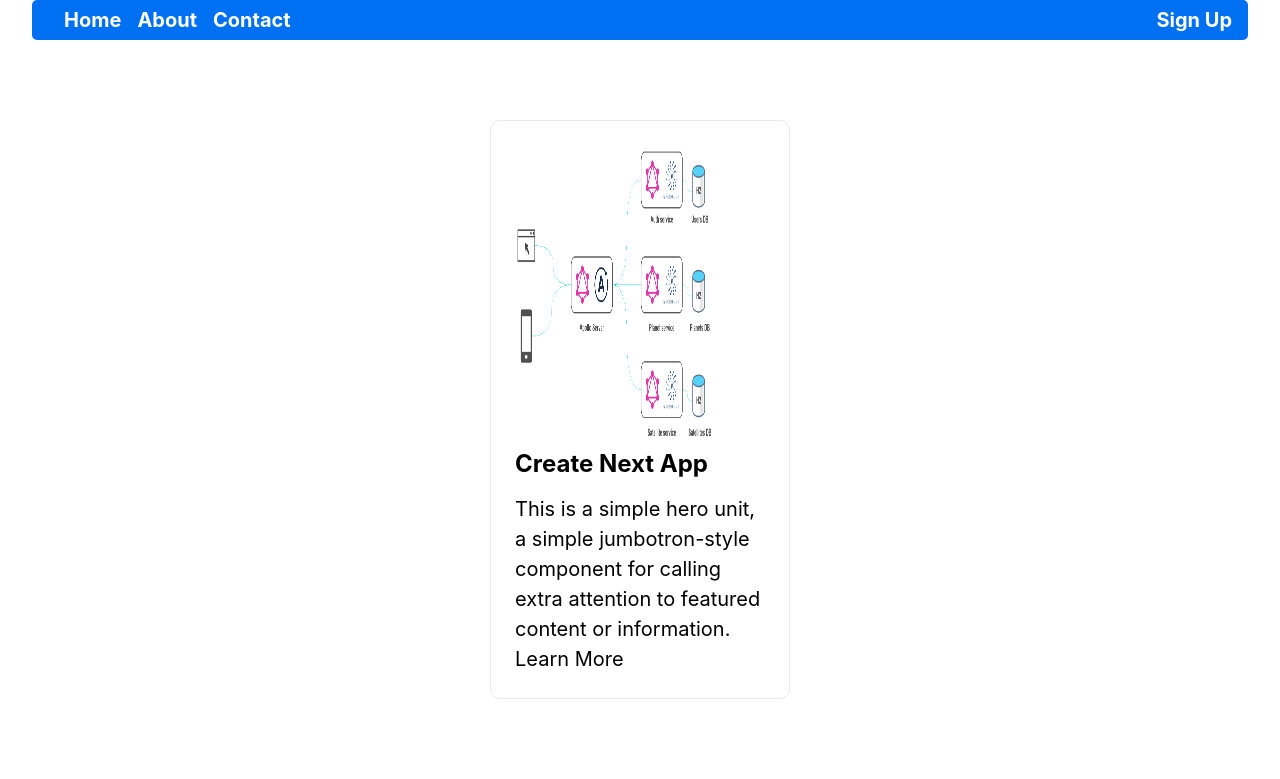
Repository: icode247/nextauth-app
Page: /
These files come from the project's save history. The page is drawn as it stood at one moment and after a run of saves; the edit follows.
The browser window is 1280 px wide. The pictures show the whole page.
The project was rebuilt for these pictures with package versions that can differ from the ones it lists, and the page was loaded fresh each time. The framework's server and built-in components were replaced by stand-ins that run in the browser. Also part of the build but not shown: next.config.js.

Above is the page before, as saved 2022-08-15 00:41:13.

### pages/index.tsx
import type { NextPage } from 'next'
import Head from 'next/head'
import Image from 'next/image'
import styles from '../styles/Home.module.css'

const Home: NextPage = () => {
  return (
    <div className={styles.container}>
      <Head>
        <title>Create Next App</title>
        <meta name="description" content="Generated by create next app" />
        <link rel="icon" href="/favicon.ico" />
      </Head>
      {/* Create navbar */}
      <nav className={styles.navbar}>
        <div className={styles.navbarLinks}>
          <a href="#">Home</a>
          <a href="#">About</a>
          <a href="#">Contact</a>
        </div>
        <div className={styles.signup}>
          <a href="#">Sign Up</a>
        </div>
      </nav>
      <main className={styles.main}>
        <div>
          {/* create book card */}
          <div className={styles.card}>
            <div className={styles.cardImage}>
              <Image src="/architecture.png" alt="book" width={200} height={300} />
            </div>
            <div className={styles.cardContent}>
              <h2>Create Next App</h2>
              <p>
                This is a simple hero unit, a simple jumbotron-style component for calling
                extra attention to featured content or information.
              </p>
              <p>
                <a className={styles.btn} href="https://nextjs.org/docs" target="_blank">
                  Learn More
                </a>
              </p>
            </div>
          </div>
        </div>
      </main>
    </div>
  )
}

export default Home

### styles/Home.module.css
.container {
  padding: 0 2rem;
}

.main {
  min-height: 100vh;
  padding: 4rem 0;
  flex: 1;
  display: flex;
  flex-direction: column;
  justify-content: center;
  align-items: center;
}

.footer {
  display: flex;
  flex: 1;
  padding: 2rem 0;
  border-top: 1px solid #eaeaea;
  justify-content: center;
  align-items: center;
}

.footer a {
  display: flex;
  justify-content: center;
  align-items: center;
  flex-grow: 1;
}

.title a {
  color: #0070f3;
  text-decoration: none;
}

.title a:hover,
.title a:focus,
.title a:active {
  text-decoration: underline;
}

.title {
  margin: 0;
  line-height: 1.15;
  font-size: 4rem;
}

.title,
.description {
  text-align: center;
}

.description {
  margin: 4rem 0;
  line-height: 1.5;
  font-size: 1.5rem;
}

.code {
  background: #fafafa;
  border-radius: 5px;
  padding: 0.75rem;
  font-size: 1.1rem;
  font-family: Menlo, Monaco, Lucida Console, Liberation Mono, DejaVu Sans Mono,
    Bitstream Vera Sans Mono, Courier New, monospace;
}

.grid {
  display: flex;
  align-items: center;
  justify-content: center;
  flex-wrap: wrap;
  max-width: 800px;
}

.card {
  margin: 1rem;
  padding: 1.5rem;
  text-align: left;
  color: inherit;
  text-decoration: none;
  border: 1px solid #eaeaea;
  border-radius: 10px;
  transition: color 0.15s ease, border-color 0.15s ease;
  max-width: 300px;
}

.card:hover,
.card:focus,
.card:active {
  color: #0070f3;
  border-color: #0070f3;
}

.card h2 {
  margin: 0 0 1rem 0;
  font-size: 1.5rem;
}

.card p {
  margin: 0;
  font-size: 1.25rem;
  line-height: 1.5;
}

.logo {
  height: 1em;
  margin-left: 0.5rem;
}

.navbar{
  display: flex;
  justify-content: space-between;
  align-items: center;
  padding: 0.5rem 1rem;
  background: #0070f3;
  color: #fff;
  font-size: 1.25rem;
  font-weight: bold;
  border-radius: 5px;
}

.navbarLinks{
  display: flex;
  align-items: center;
  justify-content: space-between;
}

.navbarLinks a{
  color: #fff;
  text-decoration: none;
  margin-left: 1rem;
  font-size: 1.25rem;
  font-weight: bold;
  border-radius: 5px;
  transition: color 0.15s ease, border-color 0.15s ease;
  max-width: 300px;
}



@media (max-width: 600px) {
  .grid {
    width: 100%;
    flex-direction: column;
  }
}

@media (prefers-color-scheme: dark) {
  .card,
  .footer {
    border-color: #222;
  }
  .code {
    background: #111;
  }
  .logo img {
    filter: invert(1);
  }
}

Loaded but not shown: pages/_app.tsx (common file); styles/globals.css (common file)

After the next 3 saves:
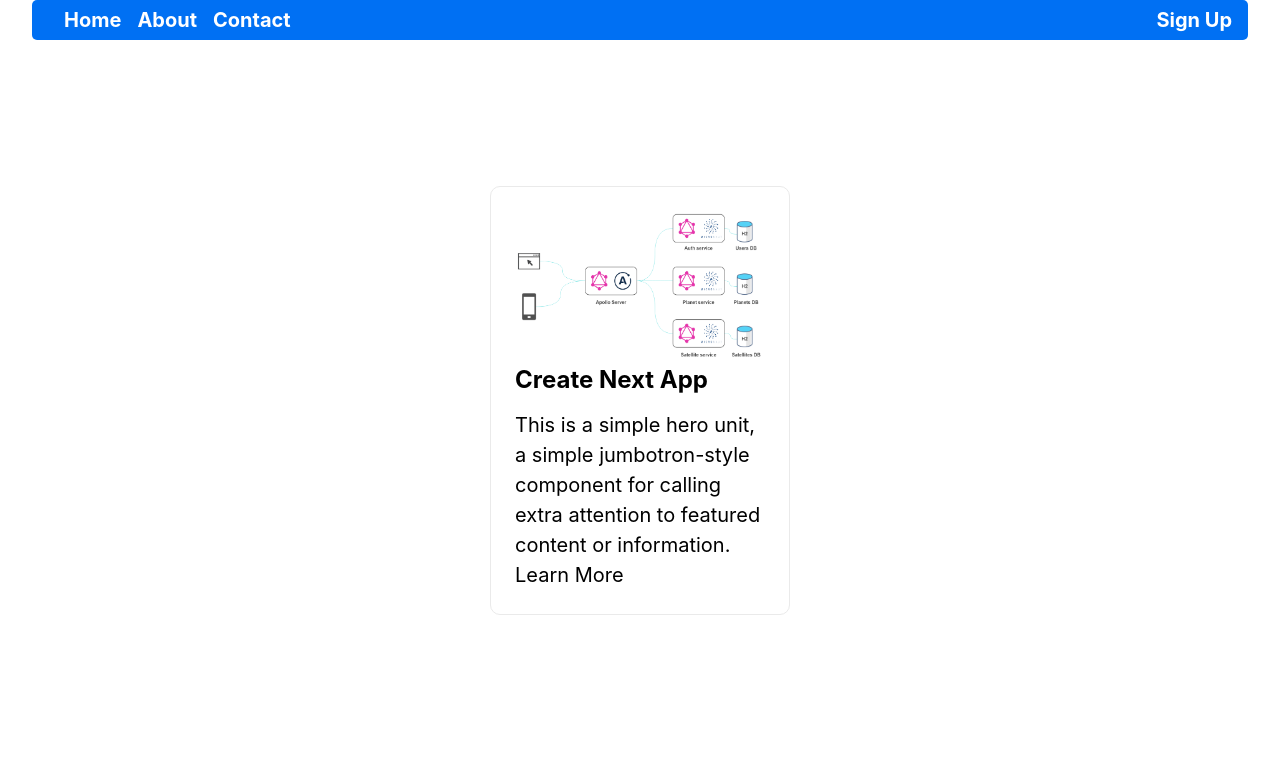
The 3 saves are shown as one change because 1 did not build or start and some came seconds apart.
The last was saved 18 s later.
--- a/pages/index.tsx
+++ b/pages/index.tsx
@@ -27,7 +27,7 @@
           {/* create book card */}
           <div className={styles.card}>
             <div className={styles.cardImage}>
-              <Image src="/architecture.png" alt="book" width={200} height={300} />
+              <Image src="/architecture.png" alt="book" width={500} height={300} />
             </div>
             <div className={styles.cardContent}>
               <h2>Create Next App</h2>
